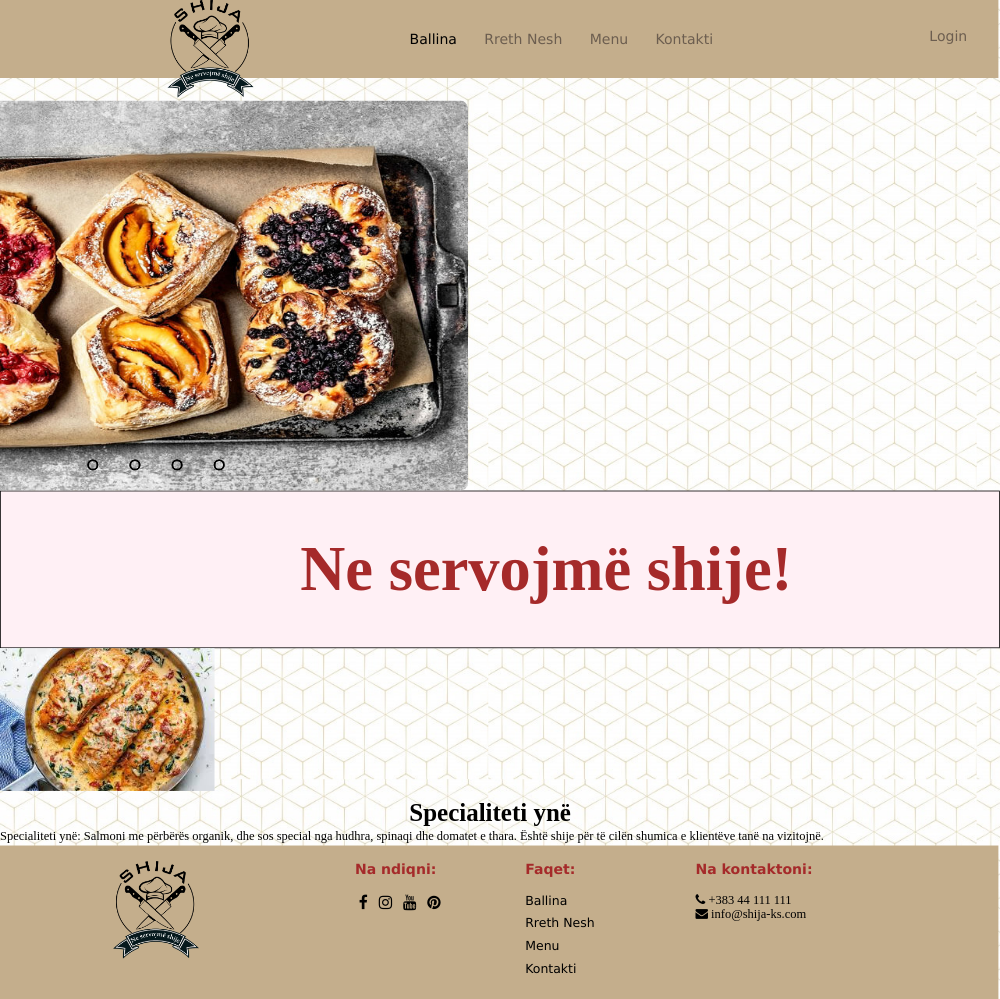
Repository: bs47892/ProjektiWeb-Shija2020
Page: http://localhost/shija.html
The author's editor kept a copy of each file at every save. The page is drawn from the files as they stood at one save, then again after the next save.
The browser window is 1280 px wide. The page is 1282 px wide, so the pictures cover 1282 px, including what lies to the right of the window. The pictures show the whole page, at 78% of full size.
The page is run by PHP 8.4 with error messages shown; the project is at /var/www/html/.

Above is the page before, as saved 2021-02-11 22:09:37.

### shija.html
<!DOCTYPE html>
<html lang="en" dir="ltr">
    <head>
        <meta charset="utf-8">
<title> Restaurant Shija </title>
<link rel="stylesheet" type="text/css" href ="style.css">
<link rel="stylesheet" href="https://stackpath.bootstrapcdn.com/font-awesome/4.7.0/css/font-awesome.min.css">
    </head>
    <body>
       <header class="header">
           <div class ="container">
               <div class="logo">
            <img src="images/logo-png.png" alt="llogo" width="110" height="125"/>
               </div>
           <nav>
            <ul>
                <li><a href="shija.html" class="underline active">Ballina</a></li>
                <li><a href="RrethNesh.html" class="underline">Rreth Nesh</a></li>
                <li><a href="menu.html" class="underline">Menu</a></li>
                <li><a href="kontakti.html" class="underline">Kontakti</a></li>
            </ul>
            </nav>
            <li><a href="login/login.html" class="rightlog">Login</a></li>


           </div>
        </header>
 <!--********************Ketu perfundon tagu per header*****************************-->
 <!--ketu fillon slideri-->
<div class="slider">
    <dic class="slides">
        <input type="radio" name="radio-btn" id="radio1">
        <input type="radio" name="radio-btn" id="radio2">
        <input type="radio" name="radio-btn" id="radio3">
        <input type="radio" name="radio-btn" id="radio4">


        <div class="slide first">
            <img src="images/7.jpg" alt="">
        </div>
        <div class="slide">
            <img src="images/6.jpg" alt="">
        </div>
        <div class="slide">
            <img src="images/3.jpg" alt="">
        </div>
        <div class="slide">
            <img src="images/4.jpg" alt="">
        </div>
        <dic class="navigation-auto">
            <div class="auto-btn1"></div>
            <div class="auto-btn2"></div>
            <div class="auto-btn3"></div>
            <div class="auto-btn4"></div>


        </dic>

        <div class="navigation-manual">
            <label for="radio1" class="manual-btn"></label>
            <label for="radio2" class="manual-btn"></label>
            <label for="radio3" class="manual-btn"></label>
            <label for="radio4" class="manual-btn"></label>

        </div>
</div>
<script type="text/javascript">
var counter=1;
setInterval(function(){
    document.getElementById('radio'+ counter).checked=true;
    counter++;
    if(counter>4){
        counter=1;
    }
},5000);
</script>
<!--ketu perfundon slideri-->
<!--ketu fillon text box sllogani-->
<div class="sllogani">
<h1>Ne servojmë shije!</h1>
</div>
<!--ketu perfundon text box sllogani-->
<!--specialiteti-->
<div class="specialiteti">
<img src="images/download.jpg">
<h1>Specialiteti ynë</h1>
<p>Specialiteti ynë: Salmoni me përbërës organik, dhe sos special nga hudhra, spinaqi dhe domatet e thara. Është shije për të cilën shumica e klientëve tanë na vizitojnë.</p>
</div>
<!--/specialiteti-->
<!--ketu fillon fotoja e lokacionit e lokacionit-->

<!--ketu perfundon fotoja e lokacionit-->
<!--**************************Ketu fillon footeri**********************************-->
<footer class="footer">
    <div class="inner_footer">
        <div class="logo">
            <img src="images/logo-png.png" alt="llogo" width="110" height="125"/>
        </div>
        <div class ="footer_third">

            <h3>Na ndiqni: </h3>
            <p>

            </p>
            <div class="socials">
            <ul>
            <li><a href="#"><i class="fa fa-facebook"></i></a></li>
            <li><a href="#"><i class="fa fa-instagram"></i></a></li>
            <li><a href="#"><i class="fa fa-youtube"></i></a></li>
            <li><a href="#"><i class="fa fa-pinterest"></i></a></li>
            </ul>
            </div>
        </div>
        <div class ="footer_third">
            <h3>Faqet: </h3>
            <p>

            </p>
            <div class="menu">
            <ul>
                <li><a href="shija.html">Ballina</a></li>
                <li><a href="RrethNesh.html">Rreth Nesh</a></li>
                <li><a href="menu.html">Menu</a></li>
                <li><a href="kontakti.html">Kontakti</a></li>
            </ul>
            </div>
            </div>

        <div class ="footer_third">
            <h3>Na kontaktoni: </h3>
            <p>

            </p>
            <div class="kontakti">
                <i class="fa fa-phone"> +383 44 111 111</i>
            <i class ="fa fa-envelope"> info@shija-ks.com</i>
            </div>
        </div>





    </footer>
    </body>
</html>

### style.css
*{
    margin:0;
    padding:0;
    list-style: none;
    text-decoration: none;
}
body{
    background-image:url(images/mainbackground.jpg);
}


header{
    min-height: 100px;
    background-color: rgb(196, 174, 140);
}
.logo {

    float:left;
    padding: 0 200px 0 215px;

}
nav ul li{
    float: left;
    line-height: 100px; /*text in the center*/
    padding-right: 15px;
}

nav ul li a{
    display: block;
    font-size: 18px;
    font-family:Verdana, Geneva, Tahoma, sans-serif;
    color:rgba(44, 37, 37, 0.582);
    padding: 0px 20px 1px 0px;

}

nav ul li a:hover{
    color:rgb(0, 0, 0);
}

.underline {
    display: inline;
    position: relative;
    user-select: none;
}



.underline::before {
    content: '';
    position: absolute;
    width: 100%;
    transform: scaleX(0);
    height: 3px;
    bottom: 0;
    left: 0;
    background-color: #000000c4;
    transform-origin: center;
    transition: transform 0.30s ease-out;
}
.underline:hover::before {
    transform: scaleX(1);
    transform-origin: center;
}

.active {
    color: black;
}
footer{
    position: relative;;    /*rreshti 47 dhe 48 e definojne poziten e footerit*/
    bottom: 0;
    width: 100vw;
    display: block;
    overflow: hidden;
    padding: 20px 0;
    box-sizing: border-box;
    background-color: rgb(196, 174, 140);
}
.inner_footer{
    display: block;
    margin: 0 auto;
    width: 1100px;
}
.inner_footer .logo{
   padding-left: 5%;

}
.inner_footer .footer_third{

  width: calc(21.666666667% - 20px);
  display: inline;
    float:left;
    height:100%
}
.inner_footer .footer_third:last-child{
    margin-right:0;
}
.inner_footer .footer_third h3{
    font-family: Verdana, Geneva, Tahoma, sans-serif;
    font-size:18px;
    color: brown;
    display:block;
    width: 100%;
    margin-bottom:20px;
}
.inner_footer .footer_third .socials a{
    font-family: Verdana, Geneva, Tahoma, sans-serif;

    display:block;
    color: black;
    font-weight:200;
    width: 100%;
    padding-bottom:20px;
}
.inner_footer .footer_third .socials li{
    display: inline-block;
    padding: 0 5px;
    font-size: 20px;
}
.inner_footer .footer_third .menu a{
    font-family:Verdana, Geneva, Tahoma, sans-serif;
    display:block;
    color: black;
    padding-bottom:10px;
}

.rightlog {
    float: right;
    display: block;
    font-size: 18px;
    font-family:Verdana, Geneva, Tahoma, sans-serif;
    color:rgba(44, 37, 37, 0.582);
    padding: 35px 40px 35px 35px;
}

.rightlog:hover {
    color: black;
}
/*main page (slider)*/
.slider{


    transform: translate(-25%, 0%);
       width:800px;
       height:500px;
       border-radius: 10px;
       overflow:hidden;

   }
   .slides{
       width:500%;
       height: 500px;
       display: flex;
   }
   .slides input{
       display: none;
   }
   .slide{
       width:20%;
       transition: 2s;
   }
   .slide img{
       width:800px;
       height:500px;
   }
   .navigation-manual{
   position: absolute;
   width:800px;
   margin-top: 460px;
   display: flex;
   justify-content: center;

   }
   .manual-btn{
       border:2px solid black;
       padding: 5px;
       border-radius: 10px;
       cursor:pointer;
       transition:1s;
   }
   .manual-btn:not(:last-child){
       margin-right: 40px;
   }
   .manual-btn:hover{
       background-color: black;

   }
   #radio1:checked ~ .first{
       margin-left:0;
   }
   #radio2:checked ~ .first{
       margin-left:-20%;
   }
   #radio3:checked ~ .first{
       margin-left:-40%;
   }
   #radio4:checked ~ .first{
       margin-left:-60%;
   }
   .navigation-auto{
       position: absolute;
       display: flex;
       width:800px;
       justify-content: center;
       margin-top: 460px;
   }
   .navigation-auto div{
       border:2px solid black;
       padding:5px;
       border-radius:10px;
       transition: 1s;
   }
   .navigation-auto div:not(:last-child){
       margin-right: 40px;
   }
   #radio:checked ~ .navigation-auto.auto-btn1{
       background: black;
   }
   #radio:checked ~ .navigation-auto.auto-btn2{
       background: black;
   }
   #radio:checked ~ .navigation-auto.auto-btn3{
       background: black;
   }
   #radio:checked ~ .navigation-auto.auto-btn4{
       background: black;
   }
   /*main slider perfundon ketu*/

   /*sllogani*/
   .sllogani{
       display:block;
       border:1px solid black;
       height: 200px;
       width: 100%;
       background-color:lavenderblush;
   }
   .sllogani h1{
      font-size: 500%;
      font-family:Brush Script MT, Brush Script Std, cursive;
      color: brown;
      margin-top: 50px;
      margin-left: 30%;

   }
   /*perfundoi sllogani*/
   /*specialitet*/
   .specialitet{
       display: block;
       border:1px solid white;
       height: 500px;
       width:100%;
       background-color:wheat;
   }
   /*perfundon specialiteti*/


/* Rreth nesh */
.body02 {
    background-image:url(images/rrethdesc.png);
    height: 600px;
    width: 1536px;
}
.about-section{
    font-family: Verdana, Geneva, Tahoma, sans-serif;
}

.inner-container{
    height: 400px;
    font-family: 'Poppins', sans-serif;
}

.inner-container h1{
    font-size: 30px;
    font-weight: 900;
}

.text{
    font-size: 20px;
    color: #545454;
    line-height: px;
    text-align: justify;

}

h1 {
    margin-left: 41%;
    padding-top: 5px;
}

h2 {
    padding-top: 50px;
    padding-left: 30px;
}

p {
    line-height: 24px;
}

/*Menu fillon ketu*/


/*Contact Form fillon ketu*/

.containerc {
    max-width: 700px;
    width: 100%;
    margin: 0% 30% 30% 28% ;
    position: relative;
  }

  #contact input[type="text"],
  #contact input[type="email"],
  #contact input[type="tel"],
  #contact input[type="url"],
  #contact textarea,
  #contact button[type="submit"] {
    font: 400 12px/16px "Roboto", Helvetica, Arial, sans-serif;
  }

  #contact {
    background: #F9F9F9;
    padding: 25px;
    margin: 150px 0;
    box-shadow: 0 0 20px 0 rgba(0, 0, 0, 0.2), 0 5px 5px 0 rgba(0, 0, 0, 0.24);
  }

  #contact h3 {
    display: block;
    font-size: 40px;
    font-weight: 300;
    margin-bottom: 10px;
    text-align:center;
    font-family: Fjalla One, sans-serif;
  }

  #contact h4 {
    margin: 5px 0 15px;
    display: block;
    font-size: 13px;
    font-weight: 400;
    text-align: center;
    font-family: Fjalla One, sans-serif;
  }

  fieldset {
    border: medium none !important;
    margin: 0 0 10px;
    min-width: 100%;
    padding: 0;
    width: 100%;
  }

  #contact input[type="text"],
  #contact input[type="email"],
  #contact input[type="tel"],
  #contact input[type="url"],
  #contact textarea {
    width: 100%;
    border: 1px solid #ccc;
    background: #FFF;
    margin: 0 0 5px;
    padding: 10px;
    font-family: Arial, Helvetica, sans-serif;
  }

  #contact input[type="text"]:hover,
  #contact input[type="email"]:hover,
  #contact input[type="tel"]:hover,
  #contact input[type="url"]:hover,
  #contact textarea:hover {
    -webkit-transition: border-color 0.3s ease-in-out;
    -moz-transition: border-color 0.3s ease-in-out;
    transition: border-color 0.3s ease-in-out;
    border: 1px solid #aaa;
    font-family: Arial, Helvetica, sans-serif;
  }

  #contact textarea {
    height: 100px;
    max-width: 100%;
    resize: none;
  }

  #contact button[type="submit"] {
    cursor: pointer;
    width: 100%;
    border: none;
    background: #000000e1;
    color: rgb(255, 255, 255);
    margin: 0 0 5px;
    padding: 10px;
    font-size: 15px;
    border: 3px solid black;
    border-radius: 10px;
  }

  #contact button[type="submit"]:hover {
    background: rgba(255, 255, 255, 0);
    color: rgb(11, 59, 11);
    border: 3px solid black;
    -webkit-transition: background 1s ease-in-out;
    -moz-transition: background 1s ease-in-out;
    transition: background-color 1s ease-in-out;
  }

  #contact button[type="submit"]:active {
    box-shadow: inset 0 1px 3px rgb(126, 0, 0);
  }

  .copyright {
    text-align: center;
  }

  .aboutlink {
    font-size: 18px;
    color: #000000;
  }

  .aboutlink:hover {
    font-size: 18.9px;
  }

  #contact input:focus,
  #contact textarea:focus {
    outline: 0;
    border: 1px solid #aaa;
  }

  ::-webkit-input-placeholder {
    color: #888;
  }

  :-moz-placeholder {
    color: #888;
  }

  ::-moz-placeholder {
    color: #888;
  }

  :-ms-input-placeholder {
    color: #888;
  }

  /*main page (slider)
.slider{


 transform: translate(-25%, 0%);
    width:800px;
    height:500px;
    border-radius: 10px;
    overflow:hidden;

}
.slides{
    width:500%;
    height: 500px;
    display: flex;
}
.slides input{
    display: none;
}
.slide{
    width:20%;
    transition: 2s;
}
.slide img{
    width:800px;
    height:500px;
}
.navigation-manual{
position: absolute;
width:800px;
margin-top: 460px;
display: flex;
justify-content: center;

}
.manual-btn{
    border:2px solid black;
    padding: 5px;
    border-radius: 10px;
    cursor:pointer;
    transition:1s;
}
.manual-btn:not(:last-child){
    margin-right: 40px;
}
.manual-btn:hover{
    background-color: black;

}
#radio1:checked ~ .first{
    margin-left:0;
}
#radio2:checked ~ .first{
    margin-left:-20%;
}
#radio3:checked ~ .first{
    margin-left:-40%;
}
#radio4:checked ~ .first{
    margin-left:-60%;
}
.navigation-auto{
    position: absolute;
    display: flex;
    width:800px;
    justify-content: center;
    margin-top: 460px;
}
.navigation-auto div{
    border:2px solid black;
    padding:5px;
    border-radius:10px;
    transition: 1s;
}
.navigation-auto div:not(:last-child){
    margin-right: 40px;
}
#radio:checked ~ .navigation-auto.auto-btn1{
    background: black;
}
#radio:checked ~ .navigation-auto.auto-btn2{
    background: black;
}
#radio:checked ~ .navigation-auto.auto-btn3{
    background: black;
}
#radio:checked ~ .navigation-auto.auto-btn4{
    background: black;
}
*/

After the next save:
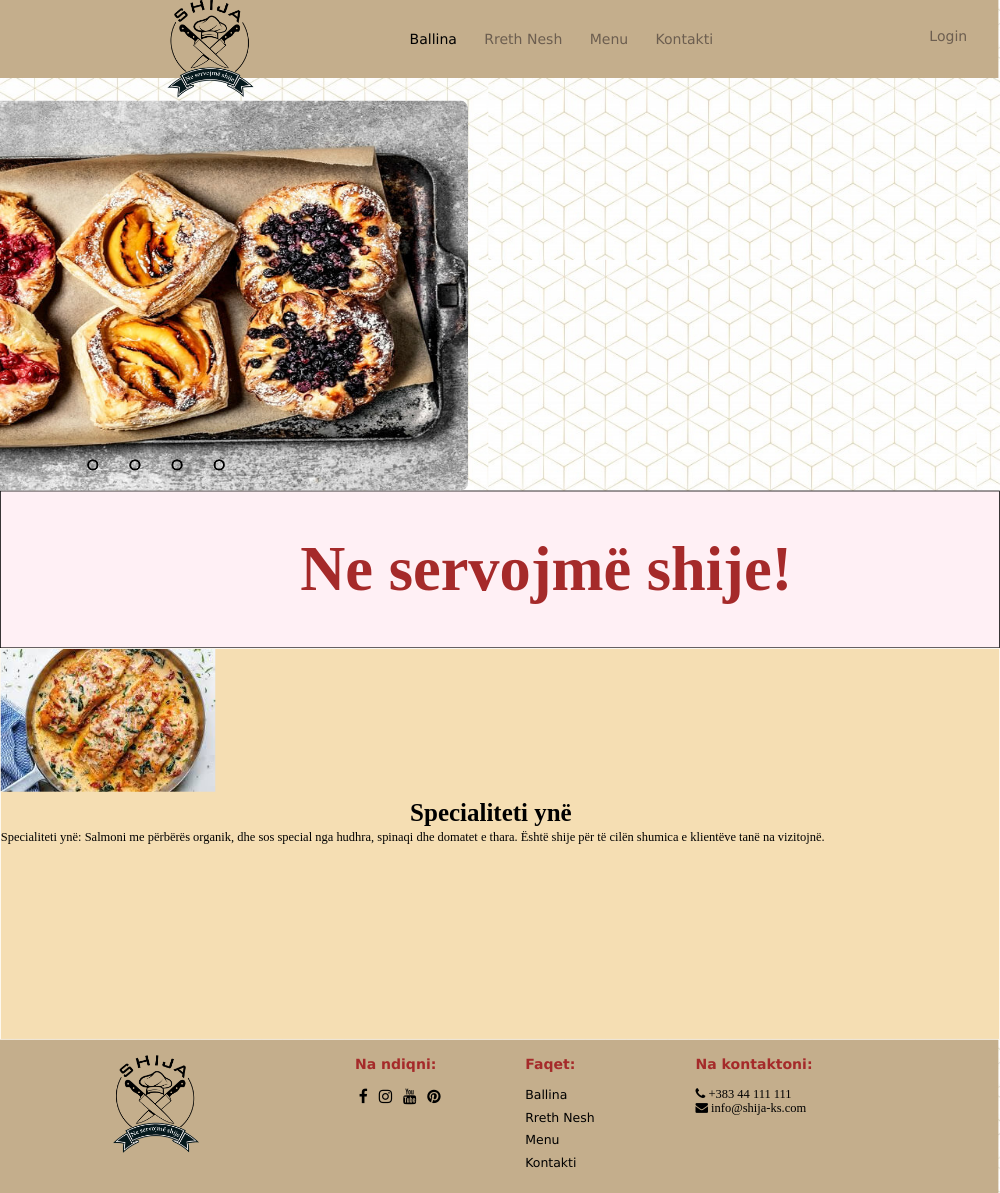
Saved 46 s later.
--- a/style.css
+++ b/style.css
@@ -245,7 +245,7 @@ footer{
    }
    /*perfundoi sllogani*/
    /*specialitet*/
-   .specialitet{
+   .specialiteti{
        display: block;
        border:1px solid white;
        height: 500px;
